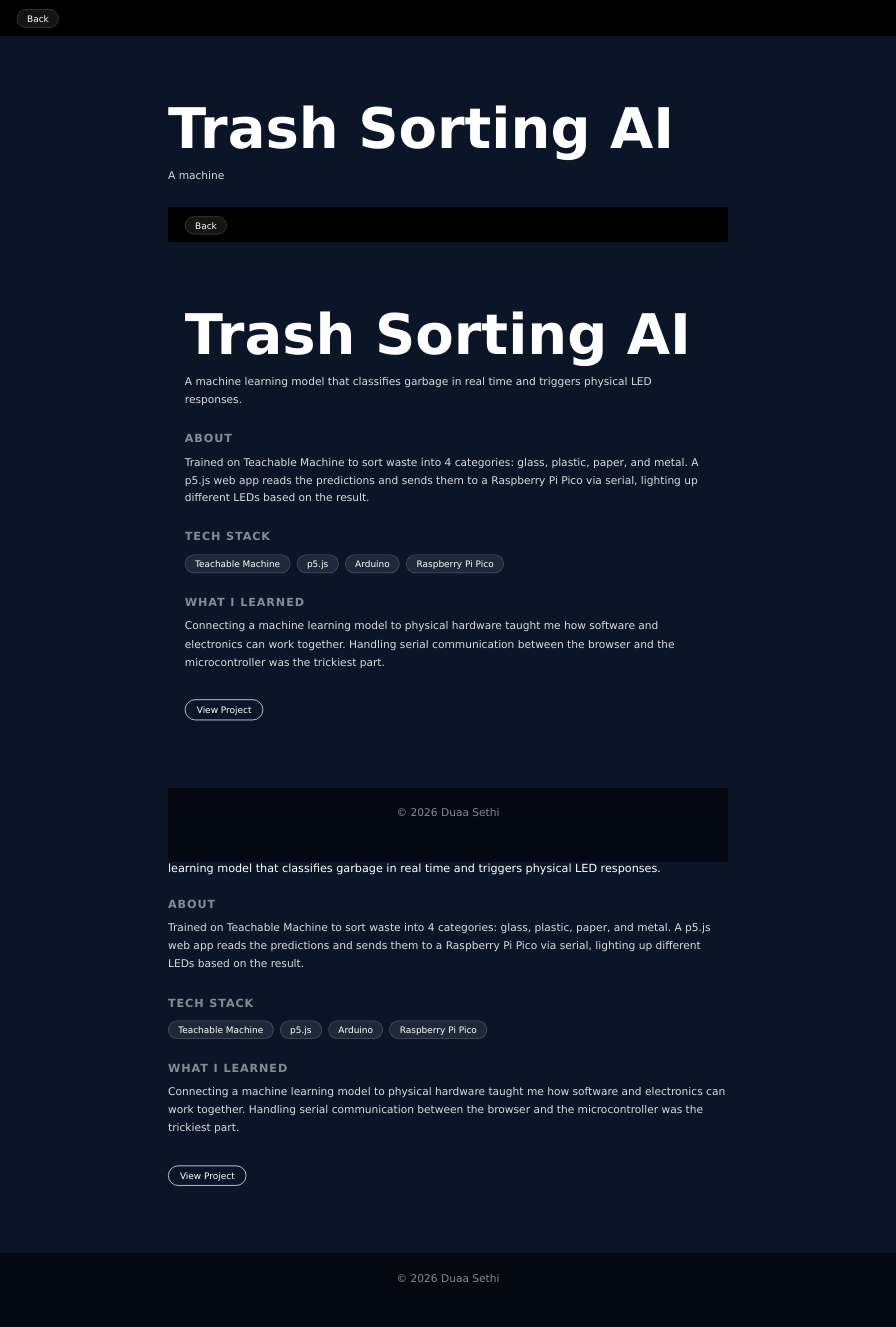
Repository: Duaa-Sethi/Duaa-Sethi
Page: pages/trash-sorting.html
The author's editor kept a copy of each file at every save. The page is drawn from the files as they stood at one save, then again after the next save.
The browser window is 1280 px wide. The pictures show the whole page, at 70% of full size.
Some web fonts or font styles are not loaded; a fallback is used.

Above is the page before, as saved 2026-05-08 17:37:20.

After the next save:
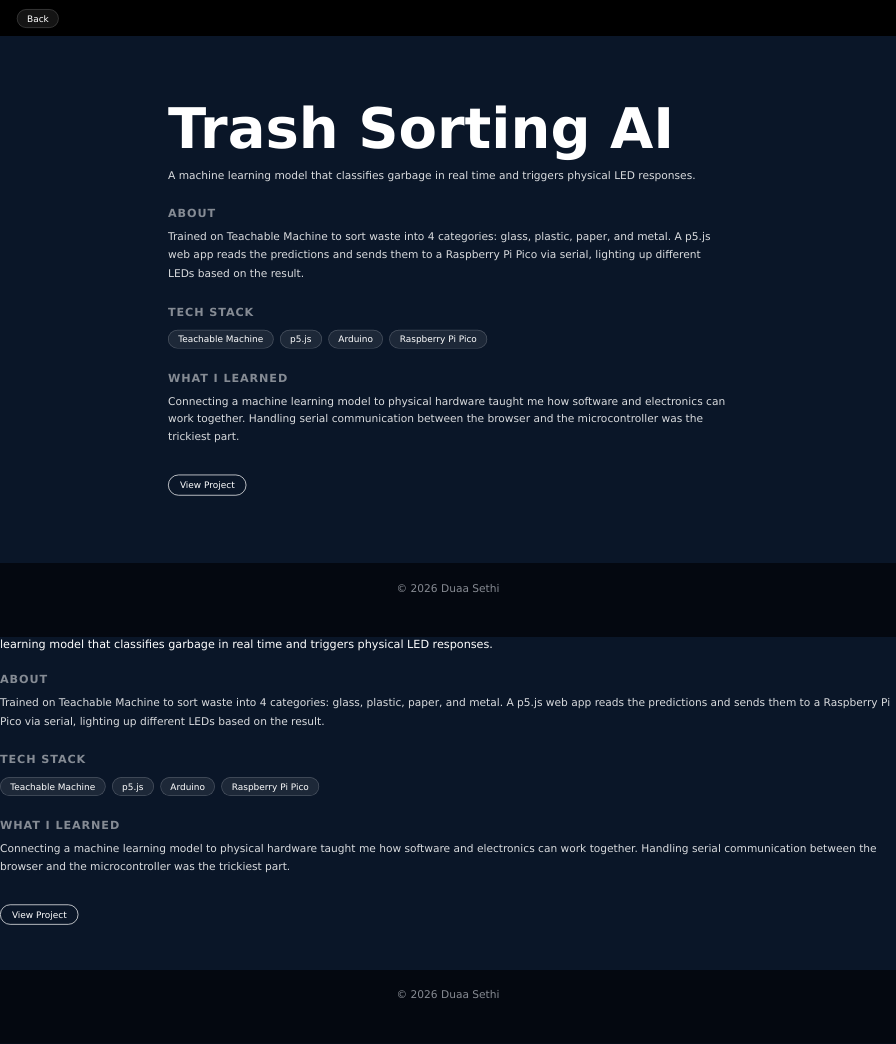
Saved 79 s later.
--- a/pages/trash-sorting.html
+++ b/pages/trash-sorting.html
@@ -1,23 +1,4 @@
 <!doctype html>
-<html lang="en">
-  <head>
-    <meta charset="UTF-8" />
-    <meta name="viewport" content="width=device-width, initial-scale=1.0" />
-    <title>Trash Sorting AI | Duaa Sethi</title>
-    <link rel="stylesheet" href="../styles/globals.css" />
-    <link rel="stylesheet" href="../styles/project.css" />
-  </head>
-  <body>
-    <nav>
-      <ul>
-        <li><a href="../index.html" class="tag">Back</a></li>
-      </ul>
-    </nav>
-
-    <main>
-      <h1>Trash Sorting AI</h1>
-      <p>
-        A machine <!doctype html>
         <html lang="en">
           <head>
             <meta charset="UTF-8" />
